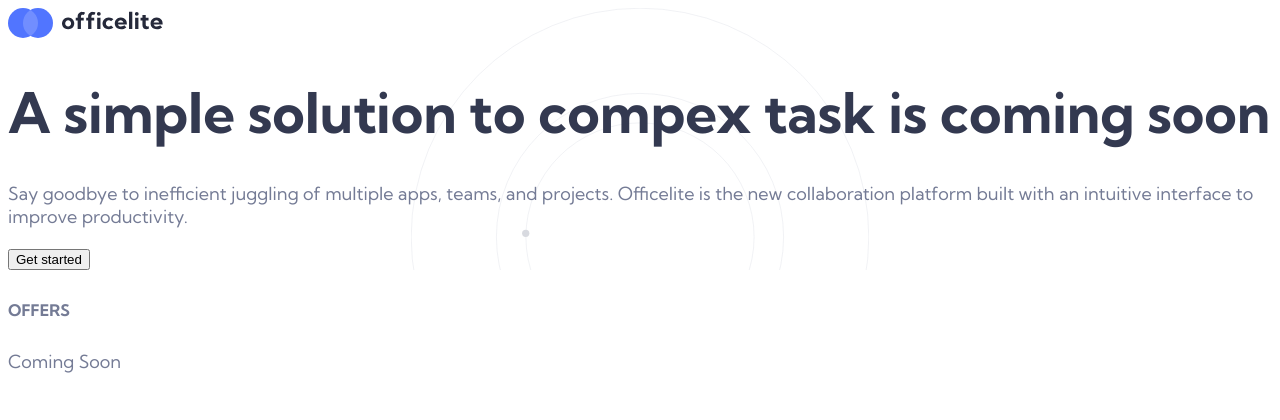
Repository: jodelajo/frontend-css-challenge
Page: index.html
An editor plug-in stored every save of this project. The page is shown before and after the next save, followed by the edit.
The browser window is 1280 px wide. The pictures show the whole page.

Above is the page before, as saved 2022-02-28 13:01:05.

### index.html
<!DOCTYPE html>
<html lang="en">
  <head>
    <meta charset="UTF-8" />
    <meta name="viewport" content="width=device-width, initial-scale=1.0" />

    <link
      rel="icon"
      type="image/png"
      sizes="32x32"
      href="./assets/favicon-32x32.png"
    />
    <link rel="preconnect" href="https://fonts.googleapis.com" />
    <link rel="preconnect" href="https://fonts.gstatic.com" crossorigin />
    <link
      href="https://fonts.googleapis.com/css2?family=Kumbh+Sans:wght@400;700&display=swap"
      rel="stylesheet"
    />
    <link href="./index.css" type="text/css" rel="stylesheet" />
    <title>Frontend Mentor | Officelite coming soon site</title>
  </head>
  <body>
    <main>
      <div class="first-block">
        <div>
          <img src="./assets/shared/logo.svg" alt="logo-officelite" />
        </div>
        <h1>A simple solution to compex task is coming soon</h1>
        <p>
          Say goodbye to inefficient juggling of multiple apps, teams, and
          projects. Officelite is the new collaboration platform built with an
          intuitive interface to improve productivity.
        </p>
        <button>Get started</button>
      </div>
      <h3>Offers</h3>
      <div>Coming Soon</div>
    </main>
  </body>
</html>

### index.css
:root {
  --colors-blue: #5175ff;
  --colors-dark: #333950;
  --colors-grey: #747b95;
  --colors-light-blue: #829cff;
  --colors-blackblue: #25293a;
  --colors-red: #f05b5b;
}

body {
  font-family: "Kumbh Sans", sans-serif;
  color: var(--colors-grey);
  font-size: 18px;
  font-weight: 400;
}
h1 {
  font-weight: bold;
  font-size: 56px;
  line-height: 64px;
}
h2 {
  font-weight: bold;
  font-size: 20px;
  line-height: 28px;
}
h3 {
  text-transform: uppercase;
  font-weight: bold;
  font-size: 16px;
  line-height: 48px;
}

.first-block {
  background-image: url("./assets/home/bg-pattern-header.svg");
  background-repeat: no-repeat;
  background-position: center top;
  background-size: 458px 458px;
}
.first-block h1 {
  color: var(--colors-dark);
}

### assets/home/bg-pattern-header.svg
<svg width="1134" height="1134" xmlns="http://www.w3.org/2000/svg"><g fill="none" fill-rule="evenodd"><circle stroke="#747B95" opacity=".25" cx="567" cy="567" r="355.5"/><circle stroke="#747B95" opacity=".25" cx="567" cy="567" r="566.5"/><circle stroke="#747B95" opacity=".25" cx="567" cy="567" r="282.5"/><g transform="translate(88 549)" fill="#D8DAE0"><circle cx="196" cy="9" r="9"/><circle cx="596" cy="354" r="9"/><circle cx="9" cy="336" r="9"/></g></g></svg>

After the next save:
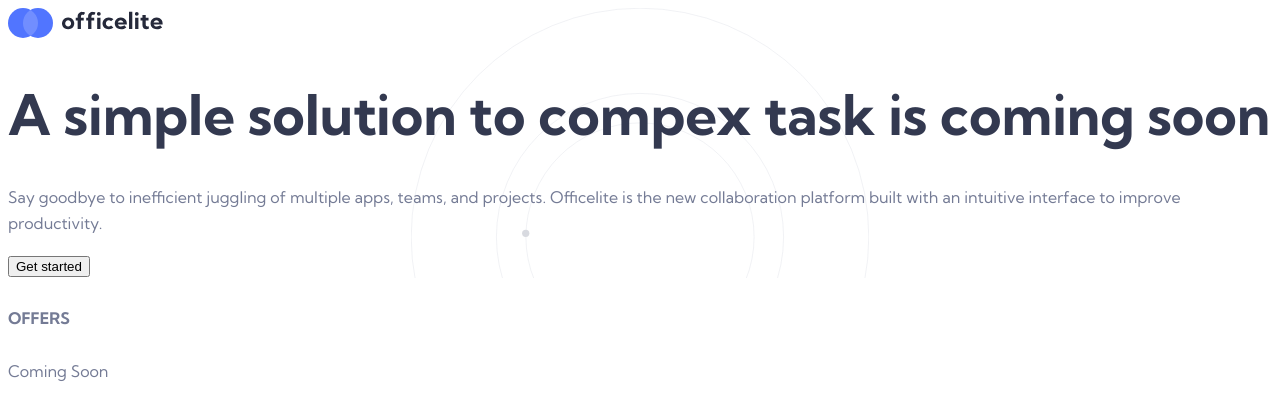
Saved 5 min 28 s later.
--- a/index.css
+++ b/index.css
@@ -7,16 +7,19 @@
   --colors-red: #f05b5b;
 }
 
+/* MOBILE STYLES */
 body {
   font-family: "Kumbh Sans", sans-serif;
   color: var(--colors-grey);
-  font-size: 18px;
+  font-size: 16px;
+  line-height: 26px;
   font-weight: 400;
 }
+
 h1 {
   font-weight: bold;
-  font-size: 56px;
-  line-height: 64px;
+  font-size: 40px;
+  line-height: 48px;
 }
 h2 {
   font-weight: bold;
@@ -39,3 +42,22 @@
 .first-block h1 {
   color: var(--colors-dark);
 }
+/* TABLET STYLES */
+@media (min-width: 767px) {
+  h1 {
+    font-size: 56px;
+    line-height: 64px;
+  }
+  h2 {
+    font-size: 20px;
+    line-height: 28px;
+  }
+  h3 {
+    font-size: 16px;
+    line-height: 48px;
+  }
+}
+
+/* DESKTOP STYLES */
+@media (min-wdth: 1200px) {
+}
